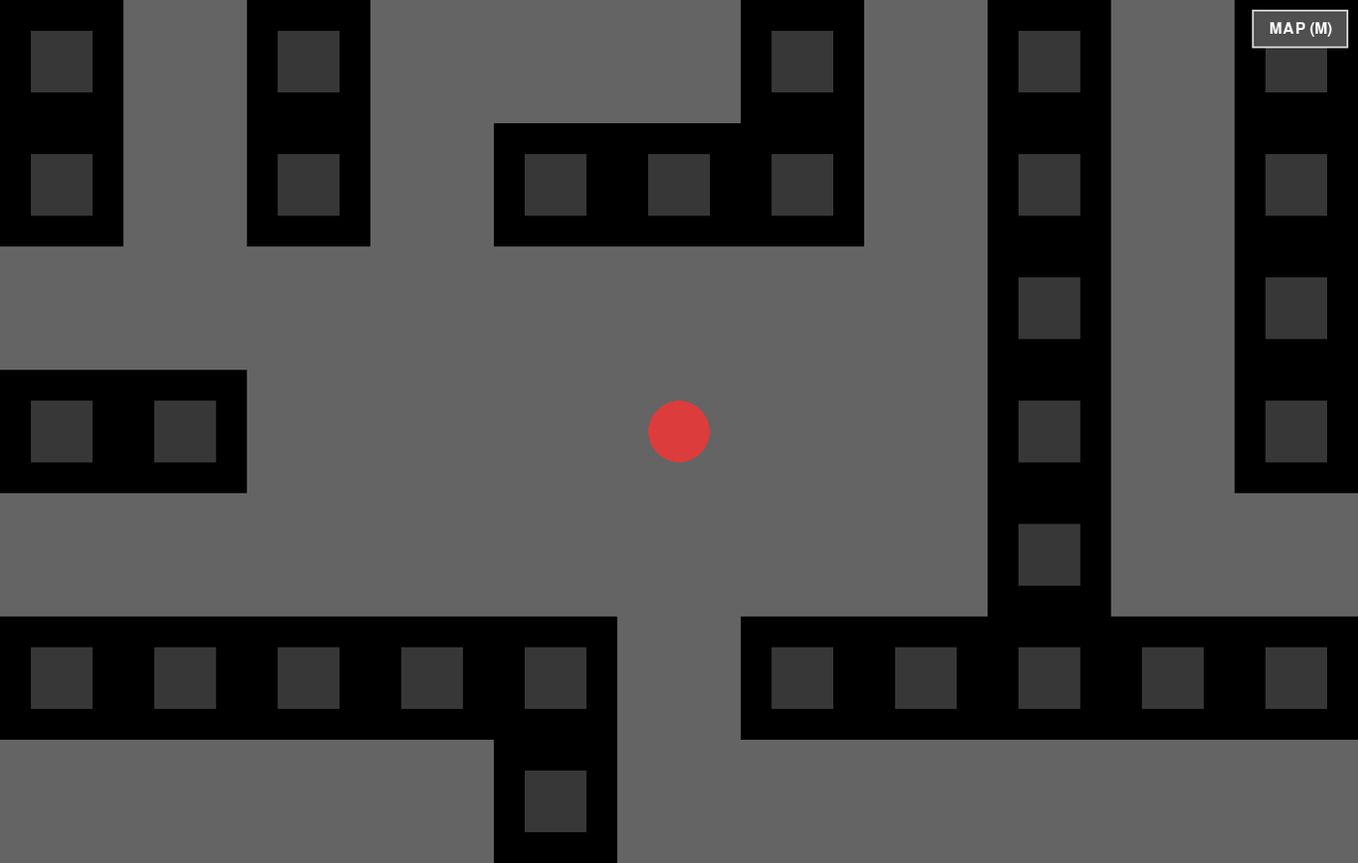
Repository: Nakib-Arman/Game-Jam-2026
Script's output: python main.py
These files come from the project's save history. The script's output is drawn as it stood at one moment and after the next save; the edit follows.
The pictures are shown at 97% of full size.
Figures wider than 1,400 px are first shrunk to that width. The window is shown after at most 60 frames with no key pressed. Random numbers start from a fixed seed.

Above is the script's output before, as saved 2026-01-25 17:41:20.

After the next save:
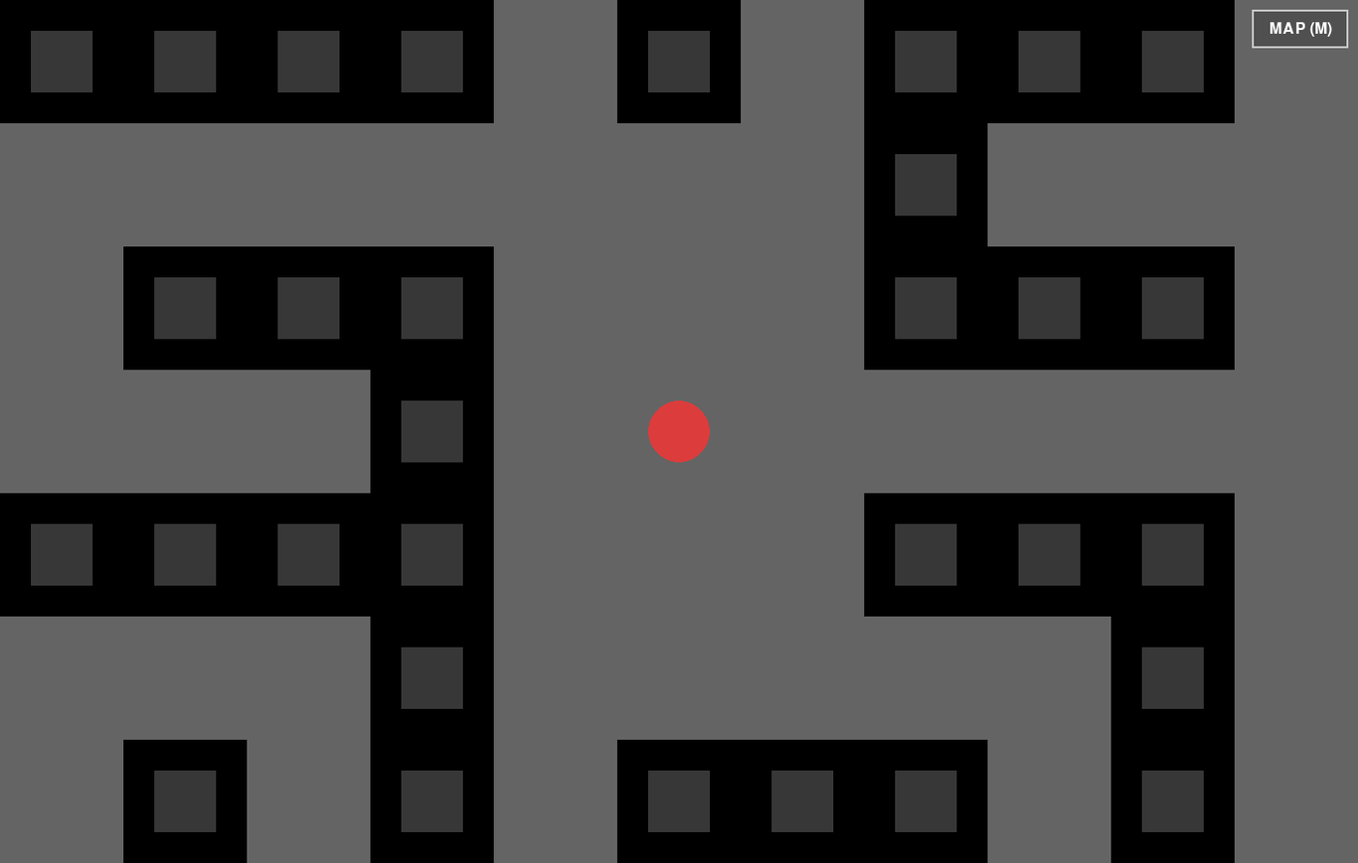
Saved 4 min 23 s later.
--- a/cave.py
+++ b/cave.py
@@ -5,13 +5,24 @@
 FLOOR = 0
 EXIT = 2
 
+TOP_BORDER = 3
+BOTTOM_BORDER = 3
+LEFT_BORDER = 5
+RIGHT_BORDER = 5
+
 
 def generate_cave(rows, cols,
-                  room_attempts=40,  # increased to add more rooms
+                  room_attempts=40,
                   min_room_size=3,
                   max_room_size=6):
 
     cave = [[WALL for _ in range(cols)] for _ in range(rows)]
+
+    # Compute valid carving area
+    min_x = LEFT_BORDER
+    max_x = cols - RIGHT_BORDER - 1
+    min_y = TOP_BORDER
+    max_y = rows - BOTTOM_BORDER - 1
 
     # ----------------------
     # Maze generation (DFS)
@@ -19,20 +30,23 @@
     def carve_maze(x, y):
         directions = [(2, 0), (-2, 0), (0, 2), (0, -2)]
         random.shuffle(directions)
+
         for dx, dy in directions:
             nx, ny = x + dx, y + dy
-            if 1 <= nx < cols - 1 and 1 <= ny < rows - 1:
+            if min_x <= nx <= max_x and min_y <= ny <= max_y:
                 if cave[ny][nx] == WALL:
                     cave[y + dy // 2][x + dx // 2] = FLOOR
                     cave[ny][nx] = FLOOR
                     carve_maze(nx, ny)
 
-    start_x, start_y = 1, 1
+    # Start maze safely inside borders
+    start_x = min_x | 1   # ensure odd
+    start_y = min_y | 1
     cave[start_y][start_x] = FLOOR
     carve_maze(start_x, start_y)
 
     # ----------------------
-    # Helper functions for rooms
+    # Room helpers
     # ----------------------
     rooms = []
 
@@ -56,16 +70,17 @@
         return (x + w // 2, y + h // 2)
 
     # ----------------------
-    # Carve more rooms
+    # Carve rooms (inside borders)
     # ----------------------
     for _ in range(room_attempts):
         w = random.randint(min_room_size, max_room_size)
         h = random.randint(min_room_size, max_room_size)
-        x = random.randint(1, cols - w - 2)
-        y = random.randint(1, rows - h - 2)
+
+        x = random.randint(min_x, max_x - w)
+        y = random.randint(min_y, max_y - h)
 
         new_room = (x, y, w, h)
-        # allow rooms to overlap maze corridors slightly
+
         if any(intersects(new_room, r) for r in rooms):
             continue
 
@@ -102,4 +117,5 @@
                     dist[ny][nx] = dist[y][x] + 1
                     queue.append((nx, ny))
                     farthest = (nx, ny)
+
     return farthest
